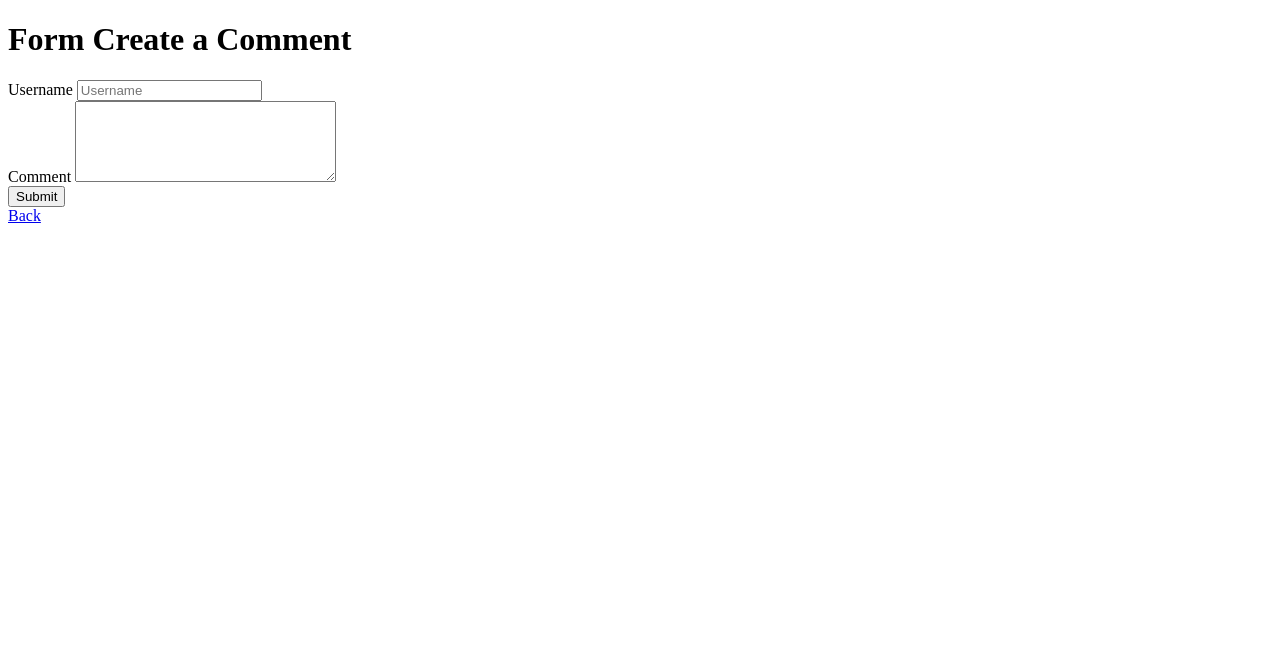
Repository: Reannn22/COMMENT-APP
Page: http://localhost/comments/create
These files come from the project's save history. The page is drawn as it stood at one moment and after the next save; the edit follows.
The browser window is 1280 px wide. The pictures show the whole page.
The page is served by the project's Node server (rest/index.js).

Above is the page before, as saved 2025-02-10 03:35:22.

After the next save:
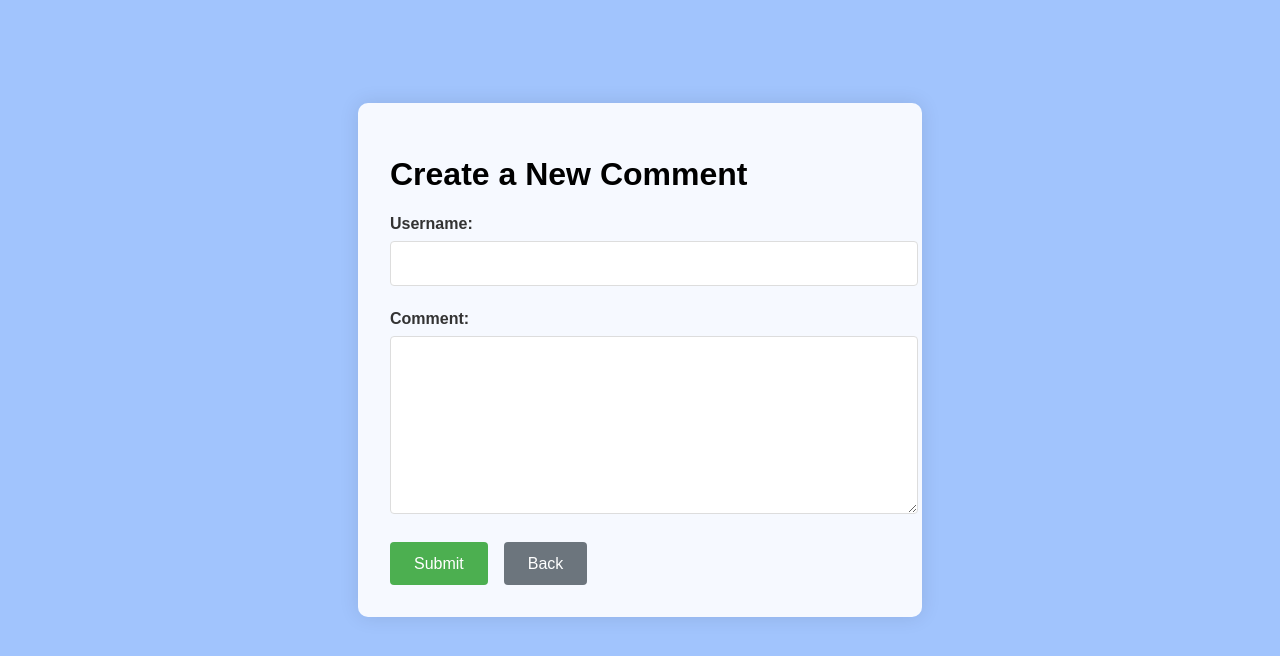
Saved 5 s later.
--- a/rest/views/comments/create.ejs
+++ b/rest/views/comments/create.ejs
@@ -2,24 +2,29 @@
 <html lang="en">
 <head>
     <meta charset="UTF-8">
-    <meta http-equiv="X-UA-Compatible" content="IE=edge">
     <meta name="viewport" content="width=device-width, initial-scale=1.0">
-    <title>Create Comments</title>
+    <title>Create New Comment</title>
+    <link rel="stylesheet" href="/css/style.css">
 </head>
 <body>
-    <h1>Form Create a Comment</h1>
-    <form action="/comments" method="POST">
-        <section>
-            <label for="">Username</label>
-            <input type="text" name="username" placeholder="Username" id="">
-        </section>
-        <section>
-            <label for="">Comment</label>
-            <textarea name="text" id="" cols="30" rows="5"></textarea>
-        </section>
-        <button type="submit">Submit</button>
-    </form>
+    <div class="form-container">
+        <h1>Create a New Comment</h1>
+        <form action="/comments" method="POST">
+            <div class="form-group">
+                <label for="username">Username:</label>
+                <input type="text" id="username" name="username" required>
+            </div>
 
-    <a href="/comments">Back</a>
+            <div class="form-group">
+                <label for="text">Comment:</label>
+                <textarea id="text" name="text" required></textarea>
+            </div>
+
+            <div class="buttons">
+                <button type="submit" class="btn btn-primary">Submit</button>
+                <a href="/comments" class="btn btn-secondary">Back</a>
+            </div>
+        </form>
+    </div>
 </body>
 </html>
